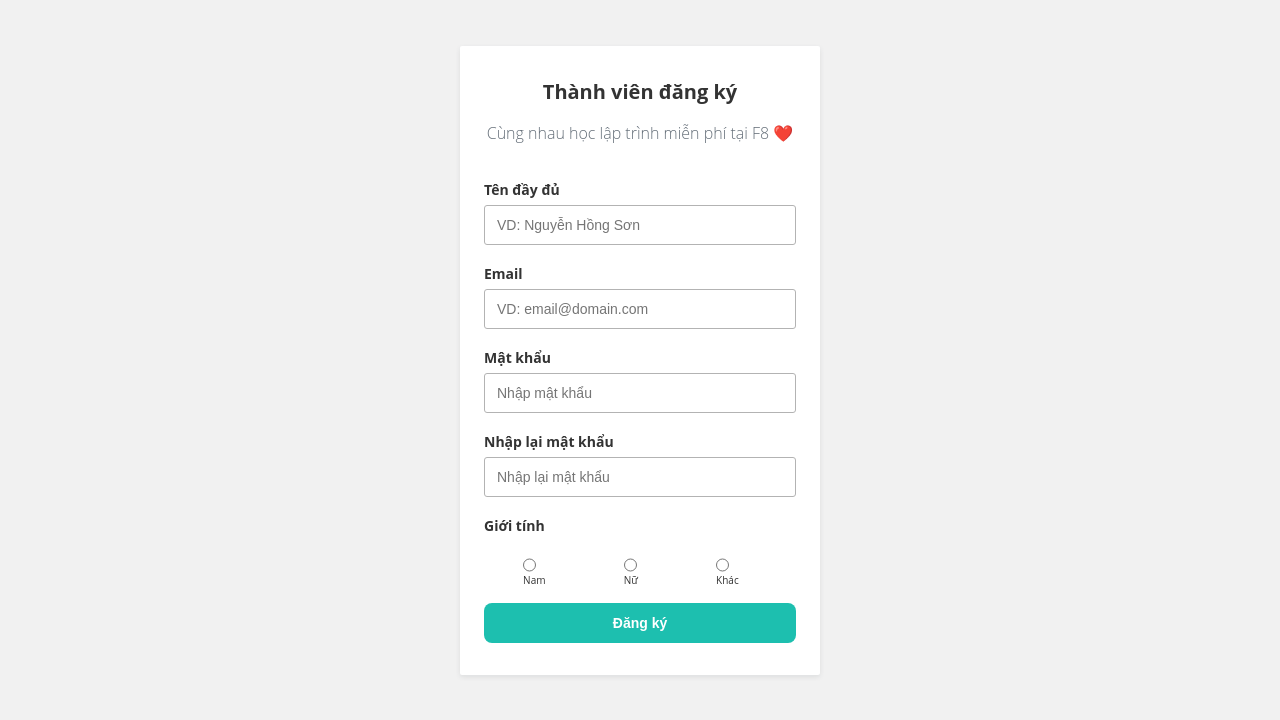
Repository: ahihison/Validation
Page: index.html
The author's editor kept a copy of each file at every save. The page is drawn from the files as they stood at one save, then again after a run of saves.
The browser window is 1280 px wide. The pictures show the whole page.

Above is the page before, as saved 2022-08-31 13:09:54.

After the next 2 saves:
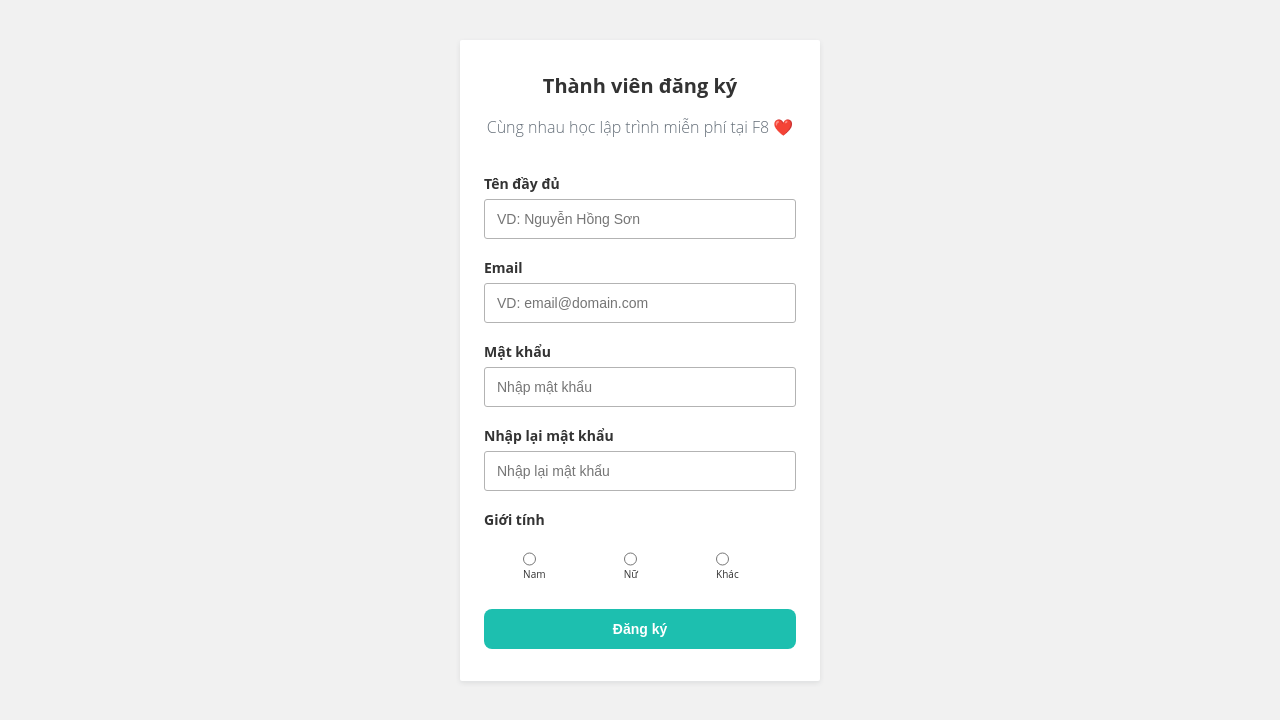
The 2 saves are shown as one change because they came seconds apart.
The last was saved 5 s later.
--- a/style.css
+++ b/style.css
@@ -53,7 +53,7 @@ background: #f1f1f1;
 }
 .form-group #gender {
   display:flex;
- margin: -12px  30px;
+ margin: -12px  30px 0 30px;
 
   }
   .form-group.genderformat{
